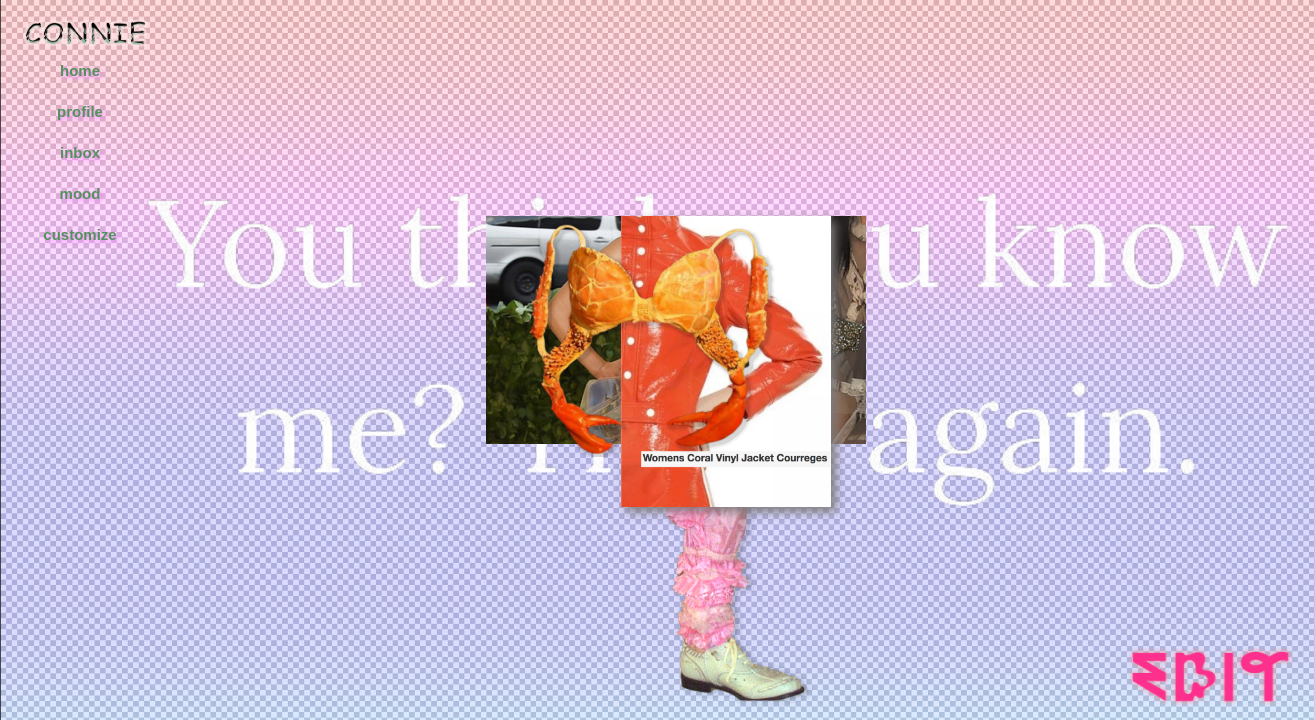
Repository: xuc009/xuc009.github.io
Page: track14/index.html
These files come from the project's save history. The page is drawn as it stood at one moment and after the next save; the edit follows.
The browser window is 1280 px wide. The page is 1315 px wide, so the pictures cover 1315 px, including what lies to the right of the window. The pictures show the whole page.
Some web fonts or font styles are not loaded; a fallback is used. Some web libraries are served in a nearby version.

Above is the page before, as saved 2018-12-08 17:34:06.

After the next save:
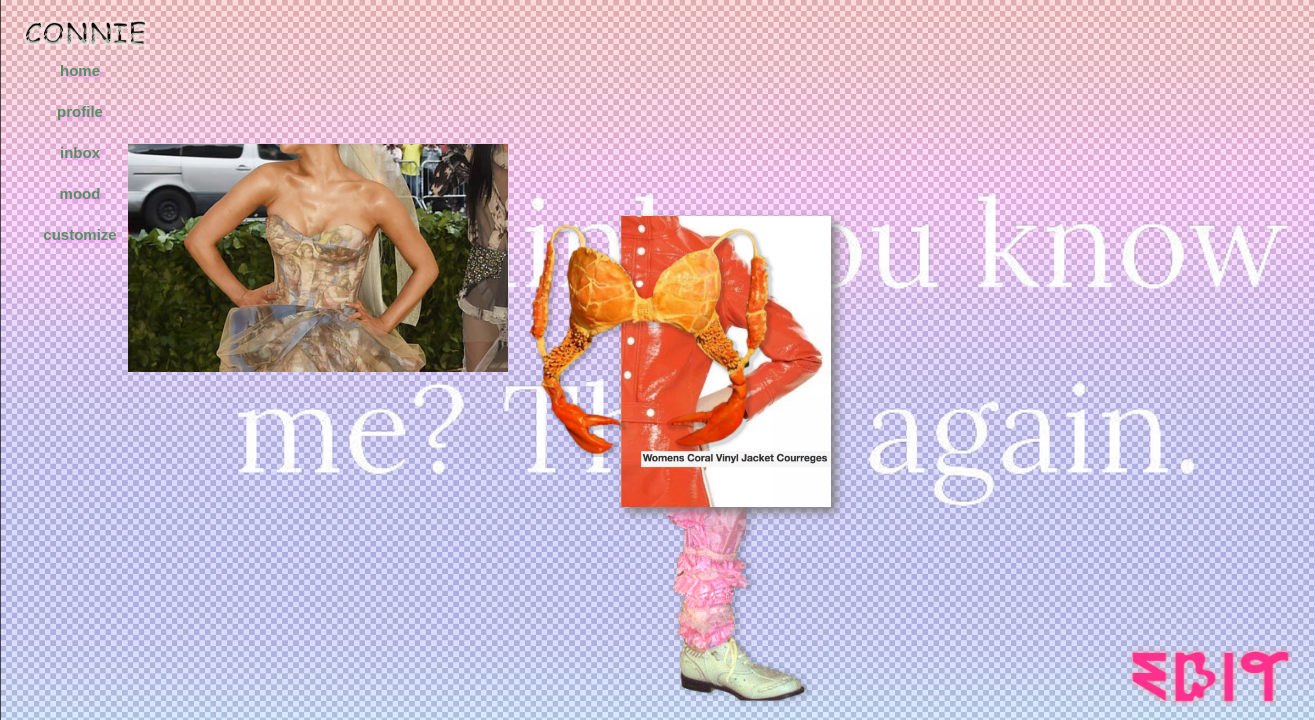
Saved 6 s later.
--- a/track14/assets/css/styles.css
+++ b/track14/assets/css/styles.css
@@ -60,8 +60,8 @@ a { cursor: move; }
     border: none;
     box-shadow: 5px 5px 10px #807d7d;
     position: absolute;
-    top: 30%;
-    left: 38%;
+    top: 20%;
+    left: 10%;
     cursor: move;
 }
 
